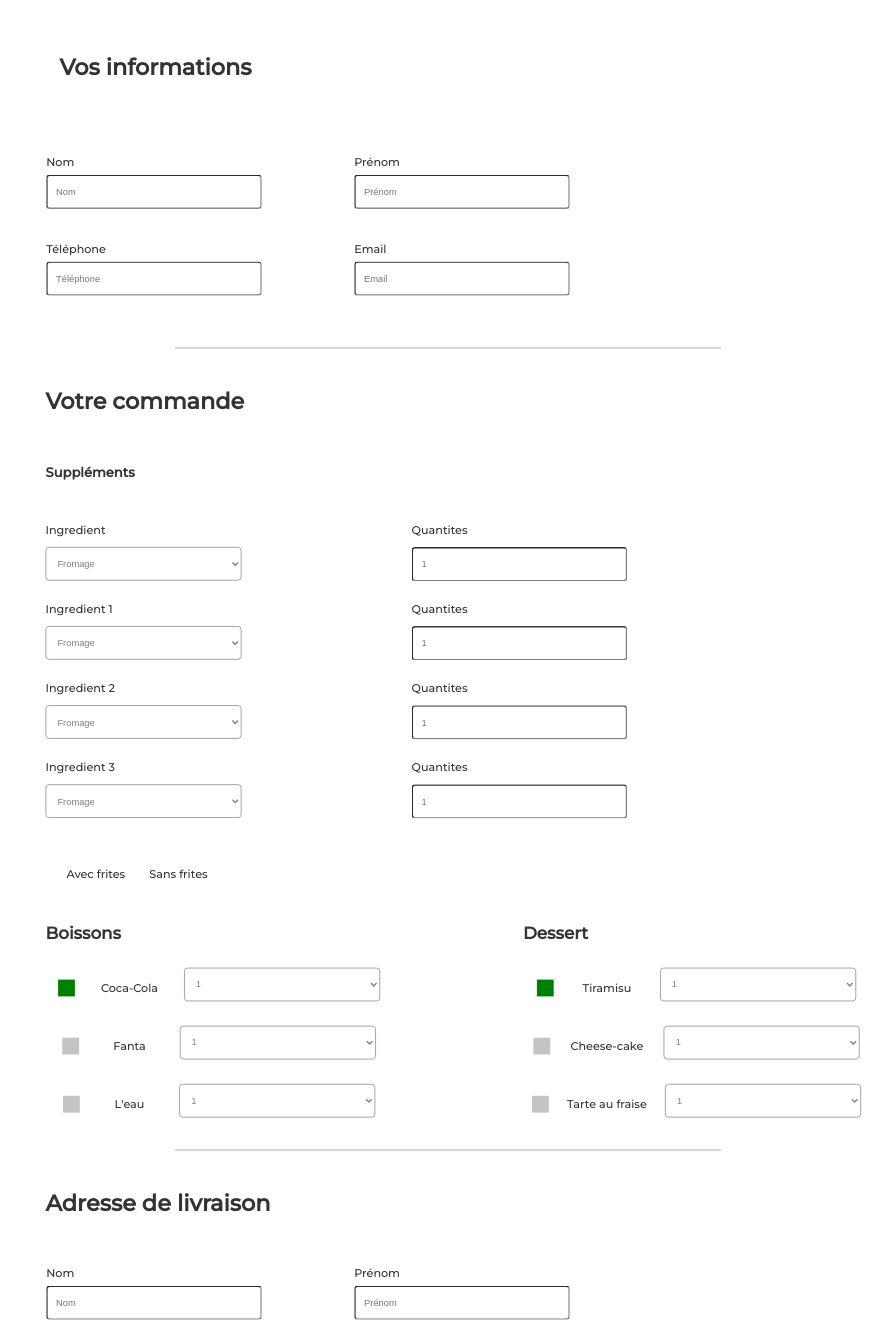
Repository: Ahlam-belhadj/bella-olange
Page: index2.html
An editor plug-in stored every save of this project. The page is shown before and after the next save, followed by the edit.
The browser window is 1280 px wide. The pictures show the part of the page from y = 728 to 2648 px (the page is 3199 px tall), at 70% of full size.

Above is the page before, as saved 2023-02-14 14:51:52.

### index2.html
<!DOCTYPE html>
<html lang="en">

<head>
    <meta charset="UTF-8">
    <meta http-equiv="X-UA-Compatible" content="IE=edge">
    <meta name="viewport" content="width=device-width, initial-scale=1.0">
    <link rel="stylesheet" href="style2.css">
    <title>Bella olanje</title>
</head>

<body>
  <header>
    <nav>
      <div class="logo"><img  class="logo" src="image/logo_bella_olonje.png" alt="logo"></div>
      <ul>
          <li><a href="#" class="nav-link">Home</a></li>
          <li><a href="#" class="nav-link">Pizza</a></li>
          <li><a href="#" class="nav-link">Burgers</a></li>
          <li><a href="#" class="nav-link">Salade</a></li>
          <li><a href="#" class="nav-link">Contact</a></li>

      </ul>
      <div class="icon_navbar">
          <label for="click" class="menu-btn">
            <i class="fas fa-bars"></i>
          </label>
      </div>
    </nav>

    <div class="title">
        <div class="texte">
            <h3>Food app</h3>
            <h1>Chez Bella <br>
                chaque désire s'additionne.</h1>
        </div>
    </div>
</header>




    <main>
      <div class="infos" id="form-infos">
        <form>
          <h1>Vos informations</h1>

          <div class="grp_infos">
            <div class="nom_prenom">
              <div class="label1">
                <label class="label_nom">Nom</label><br>
                <input type="text" placeholder="Nom">
              </div>
              <div class="label1">
                <label class="label_nom">Prénom</label><br>
                <input type="text" placeholder="Prénom">
              </div>
            </div>

            <div class="telephone_email">
              <div class="label1">
                <label class="label_nom">Téléphone</label><br>
                <input type="text" placeholder="Téléphone">
              </div>
              <div class="label1">
                <label class="label_nom">Email</label><br>
                <input type="text" placeholder="Email">
              </div>
            </div>
          </div>
        </form>
      </div>

      <hr>

      <div class="commande">
        <form>
          <h1>Votre commande</h1>
          <h3>Suppléments</h3>
          <div class="grp_suppliment">
            <div class="ingredient_quantite">
              <div class="fromage">
                <label>Ingredient</label><br>
                <select name="ingr" class="suppléments">
                  <option value="fromage">Fromage</option>
                  <option value="fromage">Fromage</option>
                  <option value="fromage">Fromage</option>
                  <option value="fromage">Fromage</option>
                  <option value="fromage">Fromage</option>
                  <option value="fromage">Fromage</option>
                  <option value="fromage">Fromage</option>
                </select>
              </div>
              <div class="box">
                <label>Quantites</label><br>
                <input type="number" min="0" placeholder="1">
              </div>
            </div>

            <div class="ingredient_quantite">
             <div class="fromage">
                <label>Ingredient 1</label><br>
                <select name="ingr" class="suppléments">
                  <option value="fromage">Fromage</option>
                  <option value="fromage">Fromage</option>
                  <option value="fromage">Fromage</option>
                  <option value="fromage">Fromage</option>
                  <option value="fromage">Fromage</option>
                  <option value="fromage">Fromage</option>
                  <option value="fromage">Fromage</option>
                </select>
              </div>
              <div class="box">
                <label>Quantites</label><br>
                <input type="number" min="0" placeholder="1">
              </div>
            </div>

            <div class="ingredient_quantite">
              <div class="fromage">
                <label>Ingredient 2</label><br>
                <select name="ingr" class="suppléments">
                  <option value="fromage">Fromage</option>
                  <option value="fromage">Fromage</option>
                  <option value="fromage">Fromage</option>
                  <option value="fromage">Fromage</option>
                  <option value="fromage">Fromage</option>
                  <option value="fromage">Fromage</option>
                  <option value="fromage">Fromage</option>
                </select>
              </div>
              <div class="box">
                <label>Quantites</label><br>
                <input type="number" min="0" placeholder="1">
              </div>
            </div>

            <div class="ingredient_quantite">
              <div class="fromage">
                <label>Ingredient 3</label><br>
                <select name="ingr" class="suppléments">
                  <option value="fromage">Fromage</option>
                  <option value="fromage">Fromage</option>
                  <option value="fromage">Fromage</option>
                  <option value="fromage">Fromage</option>
                  <option value="fromage">Fromage</option>
                  <option value="fromage">Fromage</option>
                  <option value="fromage">Fromage</option>
                </select>
              </div>
              <div class="box">
                <label>Quantites</label><br>
                <input type="number" min="0" placeholder="1">
              </div>
            </div>
          </div>


          <div class="check2">
            <label class="container">Avec frites
              <input type="radio" checked="checked" name="radio">
              <span class="checkmark"></span>
            </label>
            <label class="container">Sans frites
              <input type="radio" name="radio">
              <span class="checkmark"></span>
            </label>
          </div>


          <div class="all">
            <div class="content_of_boisson">
                <h2>Boissons</h2>
                <div class="boissons">
                    <div class="carre"></div>
                    <label>Coca-Cola</label>
                    <select name="Fromage" class="Fromage" style="margin-top: 10px;">
                      <option value="">1</option>
                      <option value="">2</option>
                      <option value="">3</option>
                      <option value="">4</option>
                    </select>
                </div>
                <div class="boissons">
                    <div class="carre grey"></div>
                    <label>Fanta</label>
                    <select name="Fromage" class="Fromage" style="margin-top: 10px;">
                      <option value="">1</option>
                      <option value="">2</option>
                      <option value="">3</option>
                      <option value="">4</option>
                    </select>
                </div>
                <div class="boissons">
                    <div class="carre grey"></div>
                    <label>L'eau</label>
                    <select name="Fromage" class="Fromage" style="margin-top: 10px;">
                      <option value="">1</option>
                      <option value="">2</option>
                      <option value="">3</option>
                      <option value="">4</option>
                    </select>
                </div>
            </div>

            <div class="content_of_dessert">
                <h2>Dessert</h2>
                <div class="boissons dessert">
                    <div class="carre"></div>
                    <label>Tiramisu</label>
                    <select name="Fromage" class="Fromage" style="margin-top: 10px;">
                        <option value="">1</option>
                        <option value="">2</option>
                        <option value="">3</option>
                        <option value="">4</option>
                    </select>
                </div>
                <div class="boissons dessert">
                    <div class="carre grey"></div>
                    <label>Cheese-cake</label>
                    <select name="Fromage" class="Fromage" style="margin-top: 10px;">
                      <option value="">1</option>
                      <option value="">2</option>
                      <option value="">3</option>
                      <option value="">4</option>
                    </select>
                </div>
                <div class="boissons dessert">
                    <div class="carre grey"></div>
                    <label>Tarte au fraise</label>
                    <select name="Fromage" class="Fromage" style="margin-top: 10px;">
                      <option value="">1</option>
                      <option value="">2</option>
                      <option value="">3</option>
                      <option value="">4</option>
                    </select>
                </div>
            </div>
            </div>
        </form>
      </div>

      <hr>

      <div class="livraison">
        <form>
          <h1>Adresse de livraison</h1>
          <div class="grp_infos">
            <div class="nom_prenom">
              <div class="label1">
                <label class="label_nom">Nom</label><br>
                <input type="text" placeholder="Nom">
              </div>
              <div class="label1">
                <label class="label_nom">Prénom</label><br>
                <input type="text" placeholder="Prénom">
              </div>
            </div>

            <div class="telephone_email">
              <div class="label1">
                <label class="label_nom">Téléphone</label><br>
                <input type="text" placeholder="Téléphone">
              </div>
              <div class="label1">
                <label class="label_nom">Email</label><br>
                <input type="text" placeholder="Email">
              </div>
            </div>
            <div class="nom_prenom">
              <div class="label1">
                <label class="label_nom">Adresse</label><br>
                <input type="text" placeholder="Adresse">
              </div>
              <div class="label1">
                <label class="label_nom">Code postale</label><br>
                <input type="text" placeholder="Code postale">
              </div>
            </div>

            <div class="telephone_email">
              <div class="label1">
                <label class="label_nom">Ville</label><br>
                <input type="text" placeholder="Ville">
              </div>
              <div class="label1">
                <label class="label_nom">Pays</label><br>
                <input type="text" placeholder="Pays">
              </div>
            </div>
          </div>
            <div class="div_button"><button class="button" type="button">Envoyer</button></div>
        </form>

      </div>
    </main>

</body>

</html>

### style2.css
@import url('https://fonts.googleapis.com/css2?family=Montserrat:wght@100;200;500&display=swap');

body {
    font-family: Montserrat, sans-serif;
    margin: auto;
}


.logo {
    height: 80px;
}

nav {
    display: flex;
    height: 80px;
    background: white;
    align-items: center;
    justify-content: space-between;
    padding: 0 50px 0 100px;
    flex-wrap: wrap;
  }

  nav .logo {
    color: #fff;
    font-size: 20px;
    text-transform: uppercase;
    text-decoration: none;
  }

  nav a {
    color: #fff;
    text-decoration: none;
  }

  nav ul {
    display: flex;
    flex-wrap: wrap;
    list-style: none;

  }

  nav ul li {
    margin: 0 5px;
  }

  nav ul li a {
    color: black;
    text-decoration: none;
    font-size: 16px;
    font-weight: 500;
    padding: 8px 15px;
    border-radius: 5px;
    letter-spacing: 1px;
    transition: all 0.3s ease;
  }

  nav .icon_navbar {
    display: flex;
  }



  nav .menu-btn i {
    color: #050505;
    font-size: 22px;
    cursor: pointer;

  }

  input[type="checkbox"] {
    display: none;
  }

  @media (max-width: 1000px) {
    nav {
      padding: 0 40px 0 50px;
    }

    nav .logo {
      color: #fff;
      font-size: 16px;
      text-transform: uppercase;
    }
  }

 @media (max-width: 1250px) {
    nav .menu-btn i {
      display: block;
    }

    #click:checked~.menu-btn i:before {
      content: "\f00d";
    }

    nav ul {
      position: fixed;
      top: 80px;
      right: -100%;
      background: #C81100;
      height: 100vh;
      width: 60%;
      text-align: center;
      display: block;
      transition: all 0.3s ease;
    }

    #click:checked~ul {
      right: 0;
    }

    nav ul li {
      width: 100%;
      margin: 40px 0;
    }

    nav ul li a {
      width: 100%;
      display: block;
      font-size: 20px;
      transition: 0.6s cubic-bezier(0.68, -0.55, 0.265, 1.55);
    }

    #click:checked~ul li a {
      margin-left: 0px;
    }

    nav ul li a.active,
    nav ul li a:hover {
      background: none;
      color: #1E1E1E;
    }
  }
.title {
  background-image: url(image/Rectangle\ 48.png);
  height: 619px;
  background-repeat: no-repeat;
  background-position: center;
  background-size: cover;



}

.texte{
    color: white;
    display: flex;
    align-items: center;
    justify-content: center;
    flex-direction: column;
    text-align: center;
    height: 50%;
}




/*infos*/


.ingredient_quantite{
    display: flex;
    flex-direction:row;
    justify-content: flex-start;
    gap: 20%;
    margin-bottom: 10px;
}


main {
    color: #333333;
}

.label1 input {
    width: 280px;
    height: 35px;
    margin-bottom: 20px;
    margin-top: 8px;
    padding: 5px 12px;
    color: grey;
    border-radius: 5px;
    border-color: gray;
}


.infos h1 {
    padding: 85px;
}

hr {
    height: 3px;
    background-color:#d8d8d8;
    border: none;
    margin: 25px 250px 25px;
}

.nom_prenom {
    display: flex;
    justify-content: space-around;
    padding-right: 400px;
    padding-bottom: 28px;
}
.telephone_email {
    display: flex;
    justify-content: space-around;
    padding-right: 400px;
    padding-bottom: 28px;
}

/*infos*/

/*livraison*/

.livraison h1 {
    margin-left: 65px;
    padding-top: 30px;
    padding-bottom: 50px;
}
/*livraison*/

/*commande*/
.suppléments {
    width: 280px;
    height: 48px;
    margin-bottom: 20px;
    margin-top: 15px;
    padding: 5px 12px;
    color: grey;
    border-radius: 5px;
    border-color: gray;
    background-color: #FFFFFF;
}


.commande {
    margin-left: 65px;
}

.commande h1 {
    padding-top: 30px;
}

.commande h3 {
    padding-top: 50px;
    padding-bottom: 42px;
}

.box input {
    width: 280px;
    height: 35px;
    margin-bottom: 20px;
    margin-top: 15px;
    padding: 5px 12px;
    color: grey;
    border-radius: 5px;
    border-color: gray;
}

.boissons_dessert {
    display: flex;
    flex-direction: row;
}

/*commande*/


.div_button {
    padding: 50px 150px 70px 0px;
    display: flex;
    justify-content: flex-end;
}

button {
    border: 0;
    line-height: 2.5;
    width: 120px;
    padding: 0 18px;
    font-size: 18px;
    text-align: center;
    color: #fff;
    border-radius: 20px;
    background-color: #FA4A0C;
    box-shadow: 1px 1px 5px #B73227;
}


/*dessert et boissons*/

.avec, .sans {
    display: flex;
    flex-direction: row;
    justify-content: space-around;
    width: 150px;
    height: 40px;
    align-items: center;
}

.sans_f {
    padding-top: 39px;
    padding-left: 50px;
}
.avec_f {
    padding-left: 10px;
}

.boissons{
    display: flex;
    align-items: center;
    justify-content: space-around;
    width: 31rem;
    padding-top: 5px;
}

.carre {
    width: 24px;
    height: 24px;
    background-color: green;
}

.carre.grey {
    background-color: #C4C4C4;
}

.all {
    display: flex;
}

.content_of_dessert {
    margin-left: 186px;
}

.Fromage {
    padding: 7px;
    border-radius: 5px;
    width: 280px;
    height: 48px;
    margin-bottom: 20px;
    margin-top: 8px;
    padding: 5px 12px;
    color: grey;
    border-radius: 5px;
    border-color: gray;
    background-color: #FFFFFF;
}
/*dessert et boissons*/


/*checkbox*/
.check2 {
    padding-top: 40px;
    padding-bottom: 40px;
}
.container {
    padding-left: 30px;
    margin-bottom: 12px;
    cursor: pointer;
    font-size: 16px;


  }

  .container input {
    position: absolute;
    opacity: 0;
    cursor: pointer;
  }

  .checkmark {
    position: absolute;
    top: 0;
    left: 0;
    height: 21px;
    width: 21px;
    background-color: rgba(176, 176, 176, 0.677);
    border-radius: 50%;
}




  .container input:checked  .checkmark {
    background-color: #2e3983;
  }

  .checkmark:after {
    position: absolute;
    display: none;
  }

  .container input:checked ~ .checkmark:after {
    display: block;
  }

  .container .checkmark:after {
       top: 9px;
      left: 9px;
      width: 8px;
      background: white;
  }
/*checkbox*/

@media (max-width:650px) {
  .nom_prenom {
      display: flex;
      flex-direction: column;
      padding-left: 15%;
  }

  .telephone_email {
      display: flex;
      flex-direction: column;
      padding-left: 15%;
  }

  .ingredient_quantite{
    display: flex;
    flex-direction: column;
  }

  .all{
    display: flex;
    flex-direction: column;
  }

  .content_of_dessert{
    margin-left: 0px;
  }

  .Fromage{
    width: 20px;
  }


}

@media screen and (min-width:651px) and (max-width:1199px) {
  .nom_prenom {
    display: flex;
    flex-direction: column;
    padding-left: 15%;
}

.telephone_email {
    display: flex;
    flex-direction: column;
    padding-left: 15%;
}

.ingredient_quantite{
  display: flex;
  flex-direction: column;
}

.all{
  display: flex;
  flex-direction: column;
}

.content_of_dessert{
  margin-left: 0px;
}

.Fromage{
  width: 100px;
}



}

After the next save:
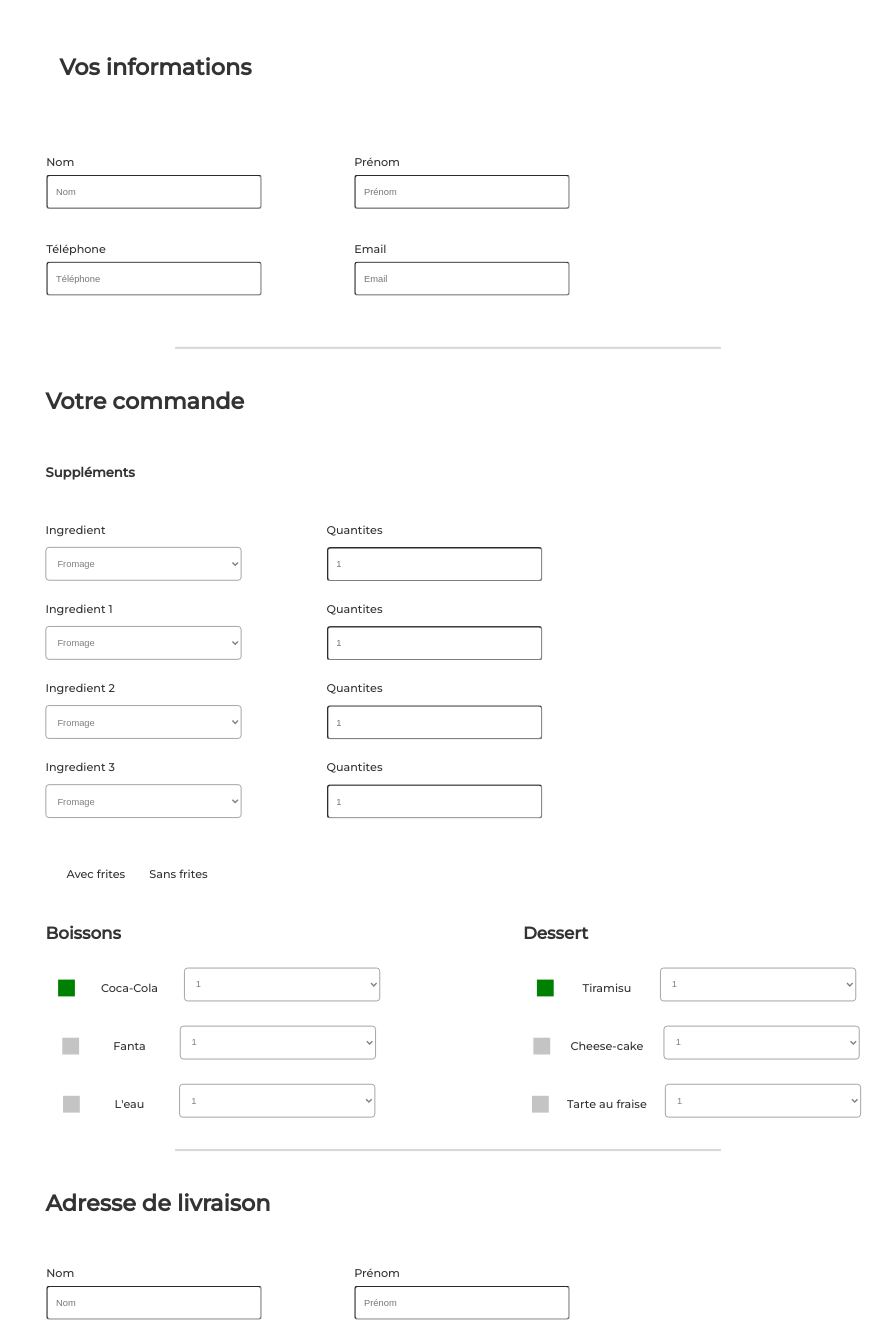
Saved 4 s later.
--- a/style2.css
+++ b/style2.css
@@ -161,7 +161,7 @@ nav {
     display: flex;
     flex-direction:row;
     justify-content: flex-start;
-    gap: 20%;
+    gap: 10%;
     margin-bottom: 10px;
 }
 
